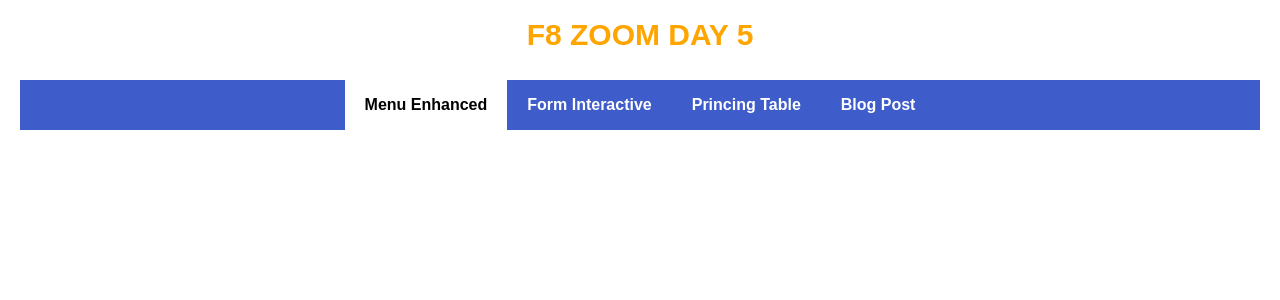
Repository: lannguyen1301/f8-zoom-day-5
Page: index.html
An editor plug-in stored every save of this project. The page is shown before and after a run of saves, followed by the edit.
The browser window is 1280 px wide. The pictures show the whole page.

Above is the page before, as saved 2025-04-21 19:00:30.

After the next 3 saves:
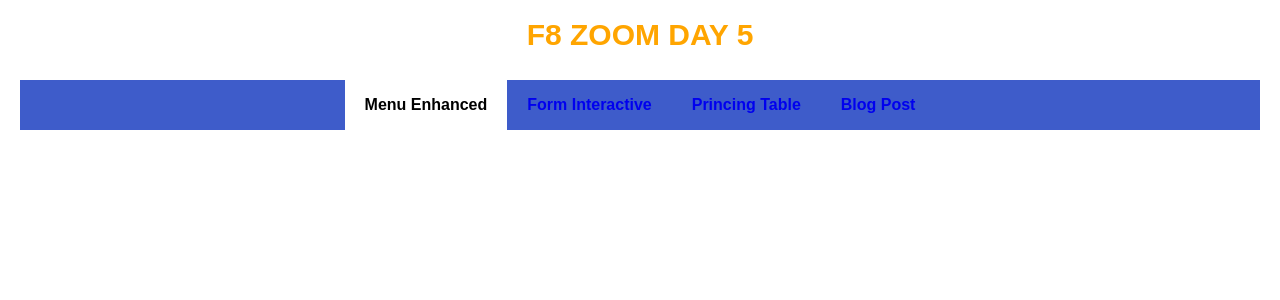
The 3 saves are shown as one change because they came seconds apart.
The last was saved 10 s later.
--- a/assets/css/style.css
+++ b/assets/css/style.css
@@ -38,10 +38,10 @@
 
 .navbar__item {
     height: 50px;
-    height: 50px;
 }
 
 .navbar__link {
+    d
     color: #fff;
     line-height: 50px;
     padding: 0 20px;

After the save that followed:
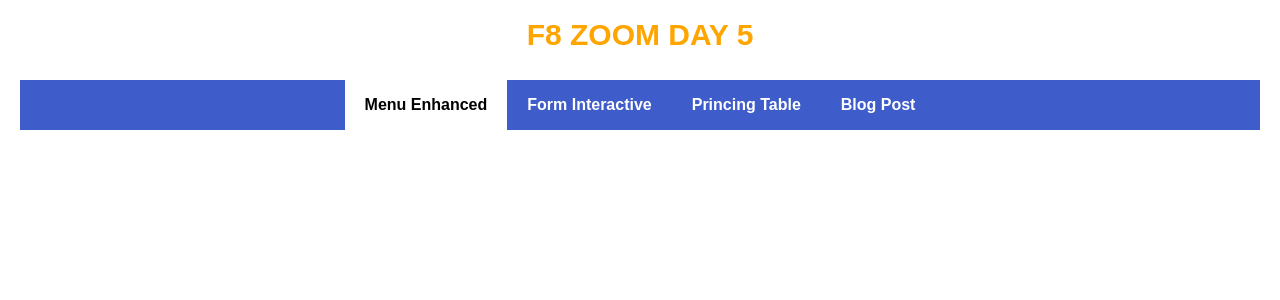
Saved 6 s later.
--- a/assets/css/style.css
+++ b/assets/css/style.css
@@ -41,7 +41,7 @@
 }
 
 .navbar__link {
-    d
+    display: inline-block;
     color: #fff;
     line-height: 50px;
     padding: 0 20px;
